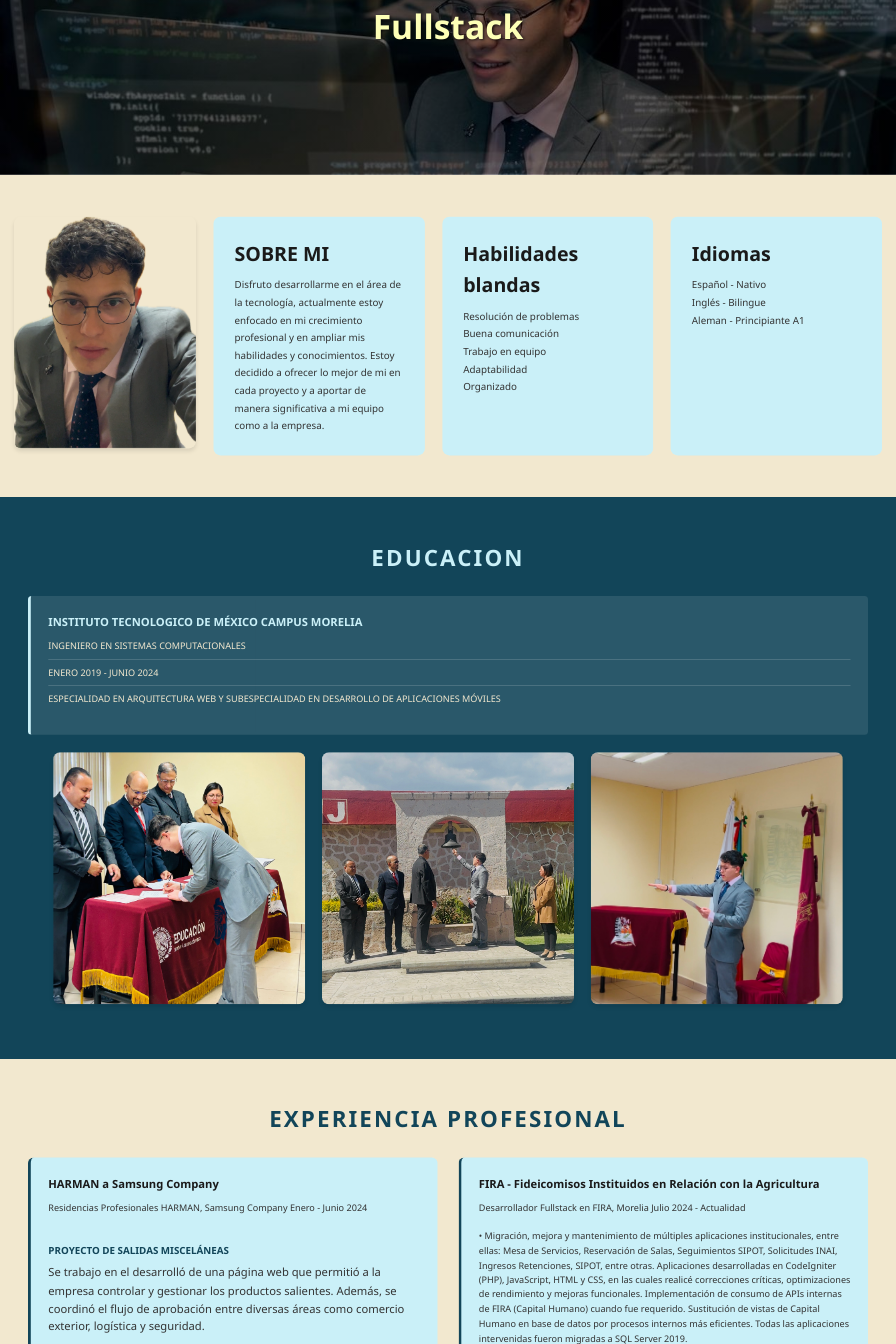
Repository: rafaelsilva2k/mi-portafolio
Page: index.html
The author's editor kept a copy of each file at every save. The page is drawn from the files as they stood at one save, then again after the next save.
The browser window is 1280 px wide. The pictures show the part of the page from y = 351 to 2271 px (the page is 3702 px tall), at 70% of full size.

Above is the page before, as saved 2026-05-24 15:36:16.

After the next save:
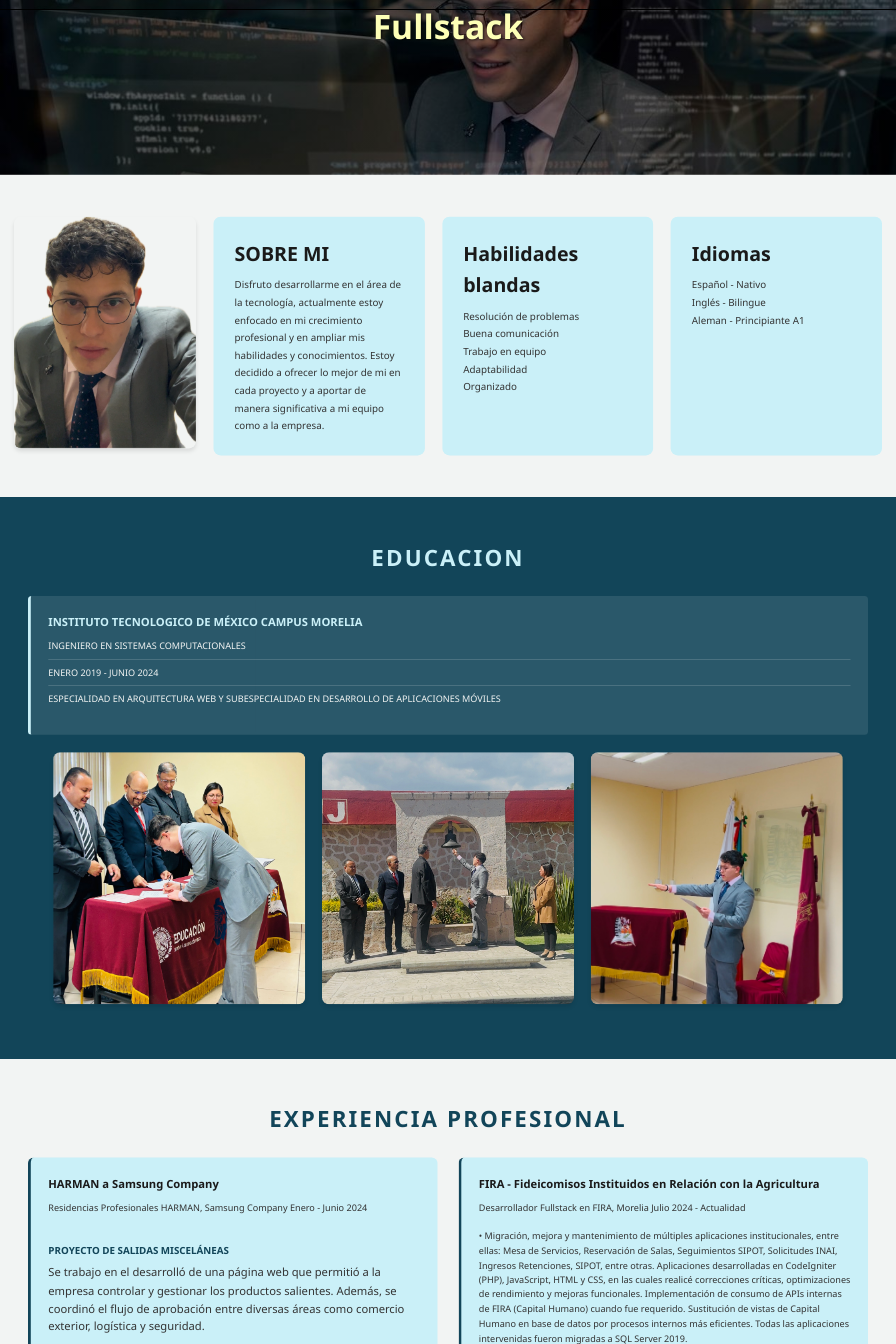
Saved 83 s later.
--- a/styles.css
+++ b/styles.css
@@ -18,7 +18,7 @@
     --color-secondary: #124559;
     --color-dark: #1a1a1a;
     --color-text: #333333;
-    --color-white: #f2e8cf;
+    --color-white: #f2f4f3;
     --color-bg: #f5f5f5;
     --color-accent: #fdffb6;
 }
